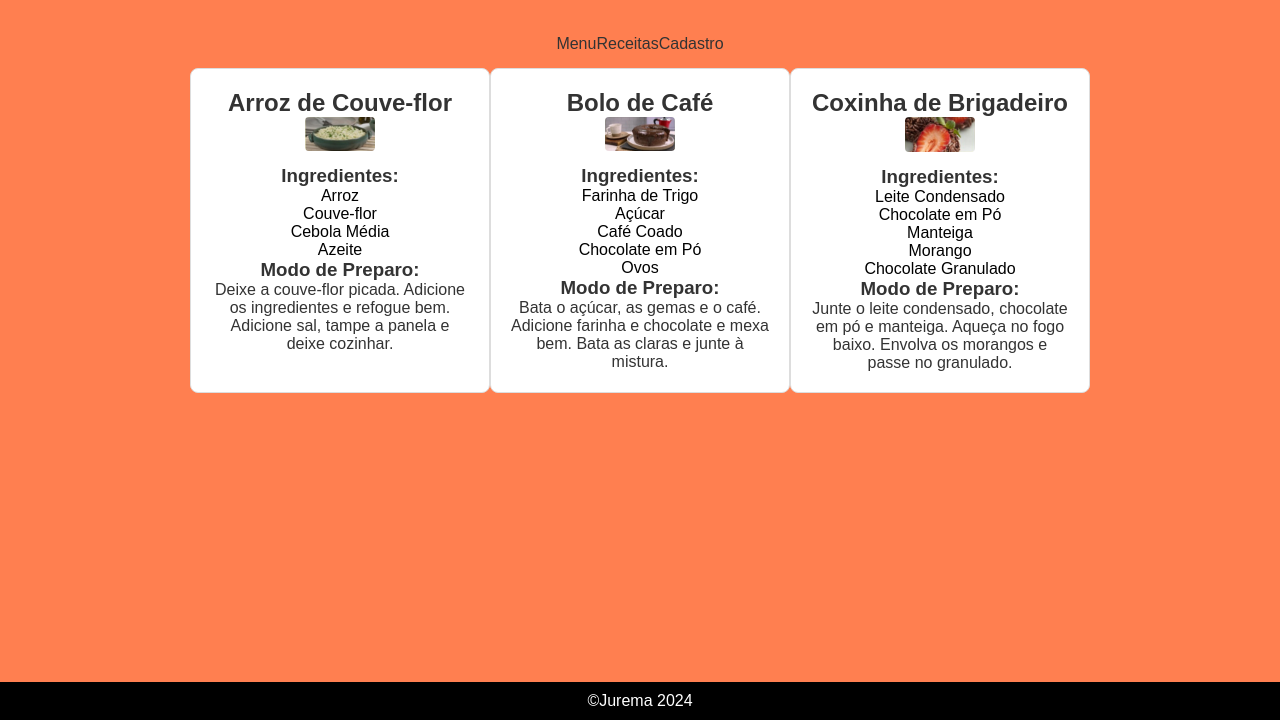
Repository: devropaes/RECEITAS
Page: OneDrive/Área de Trabalho/Estudos/Estácio/receitas/receitas.html
These files come from the project's save history. The page is drawn as it stood at one moment and after the next save; the edit follows.
The browser window is 1280 px wide. The pictures show the whole page.

Above is the page before, as saved 2024-03-13 21:21:23.

After the next save:
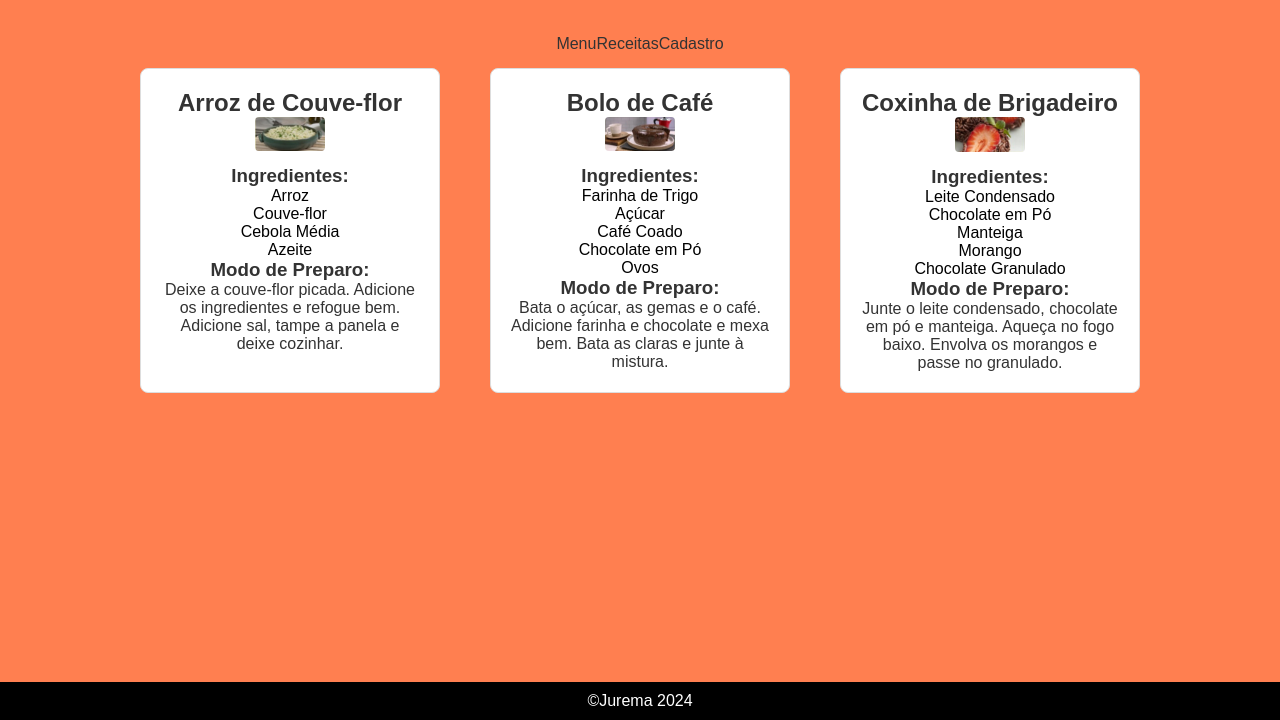
Saved 7 s later.
--- a/OneDrive/Área de Trabalho/Estudos/Estácio/receitas/receitas.css
+++ b/OneDrive/Área de Trabalho/Estudos/Estácio/receitas/receitas.css
@@ -57,7 +57,7 @@ nav a {
 .receitas-container {
     display: flex;
     flex-wrap: wrap;
-    gap: 0px;
+    gap: 50px;
     justify-content:space-around;
 }
 
